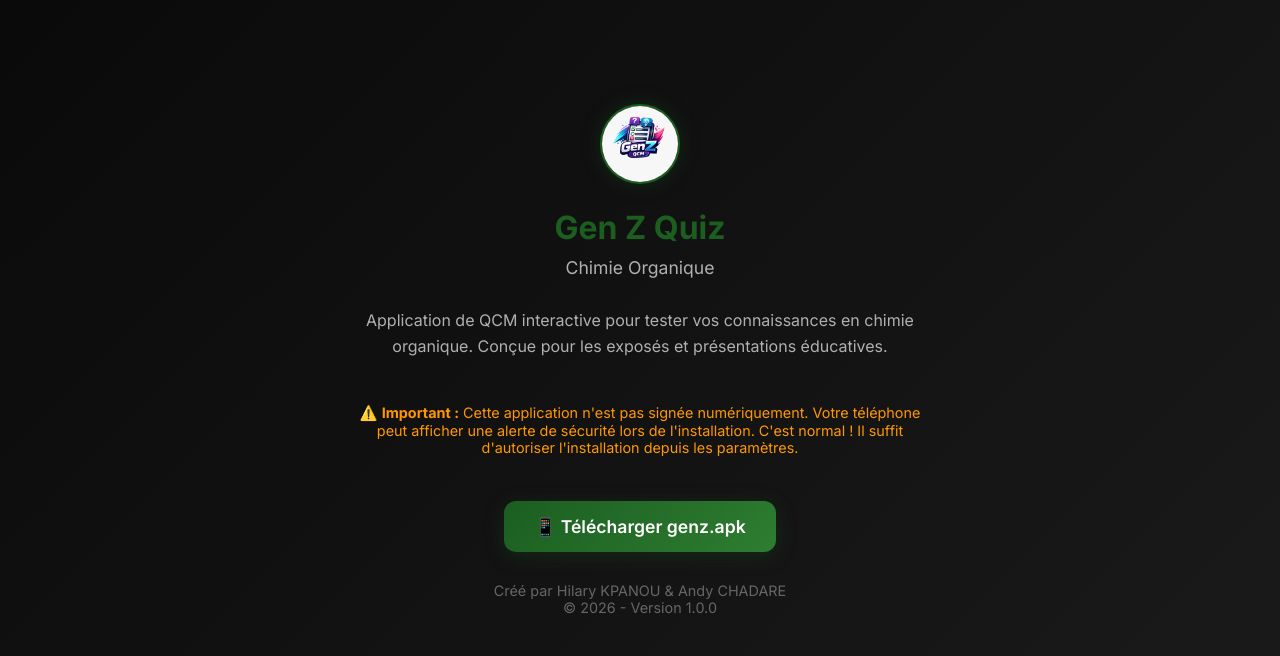
Repository: Deogratiasdev/gen-z
Page: index.html
An editor plug-in stored every save of this project. The page is shown before and after the next save, followed by the edit.
The browser window is 1280 px wide. The pictures show the whole page.

Above is the page before, as saved 2026-04-24 16:12:01.

After the next save:
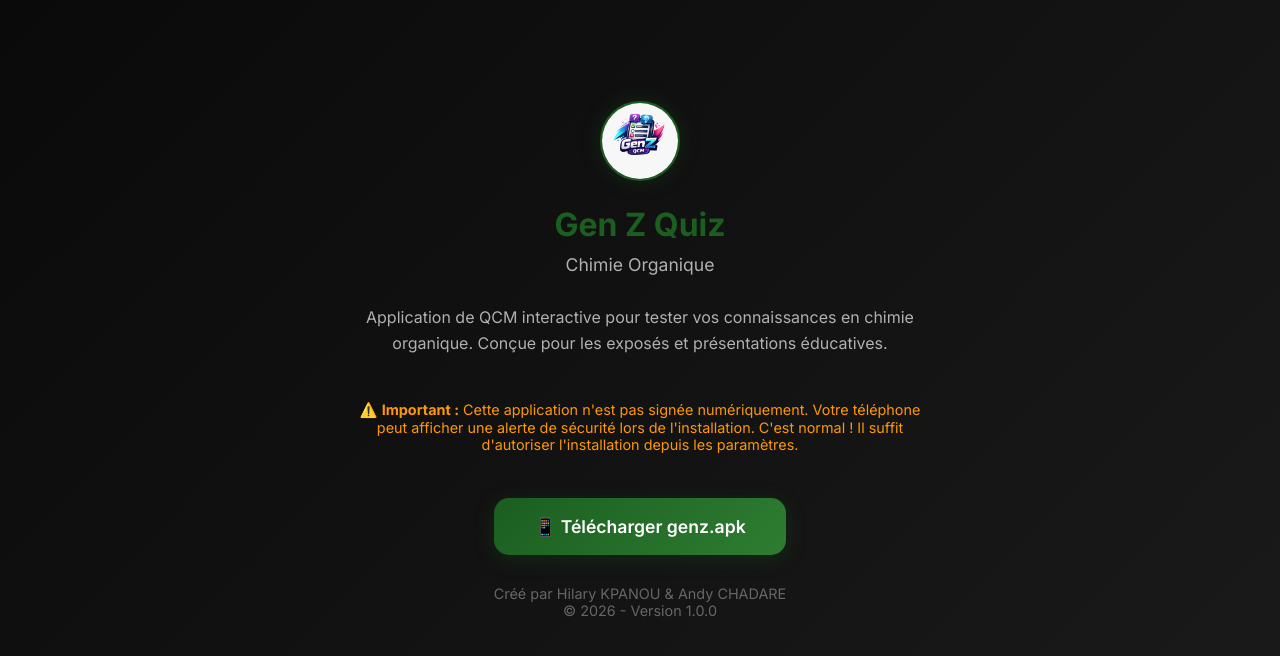
Saved 6 s later.
--- a/index.html
+++ b/index.html
@@ -66,21 +66,57 @@
         }
 
         .download-button {
-            display: inline-block;
+            display: inline-flex;
+            align-items: center;
+            gap: 12px;
             background: linear-gradient(135deg, #1B5E20 0%, #2E7D32 100%);
             color: white;
-            padding: 15px 30px;
-            border-radius: 12px;
+            padding: 18px 40px;
+            border-radius: 15px;
             text-decoration: none;
             font-weight: 600;
             font-size: 1.1rem;
-            transition: transform 0.3s ease, box-shadow 0.3s ease;
+            transition: all 0.3s ease;
             box-shadow: 0 4px 20px rgba(27, 94, 32, 0.3);
+            position: relative;
+            overflow: hidden;
         }
 
         .download-button:hover {
-            transform: translateY(-2px);
-            box-shadow: 0 6px 30px rgba(27, 94, 32, 0.4);
+            transform: translateY(-3px) scale(1.02);
+            box-shadow: 0 8px 40px rgba(27, 94, 32, 0.5);
+        }
+
+        .download-button::before {
+            content: '';
+            position: absolute;
+            top: 0;
+            left: -100%;
+            width: 100%;
+            height: 100%;
+            background: linear-gradient(90deg, transparent, rgba(255, 255, 255, 0.2), transparent);
+            transition: left 0.5s ease;
+        }
+
+        .download-button:hover::before {
+            left: 100%;
+        }
+
+        .download-button i {
+            font-size: 1.3rem;
+            animation: bounce 2s infinite;
+        }
+
+        @keyframes bounce {
+            0%, 20%, 50%, 80%, 100% {
+                transform: translateY(0);
+            }
+            40% {
+                transform: translateY(-5px);
+            }
+            60% {
+                transform: translateY(-3px);
+            }
         }
 
         .footer {
